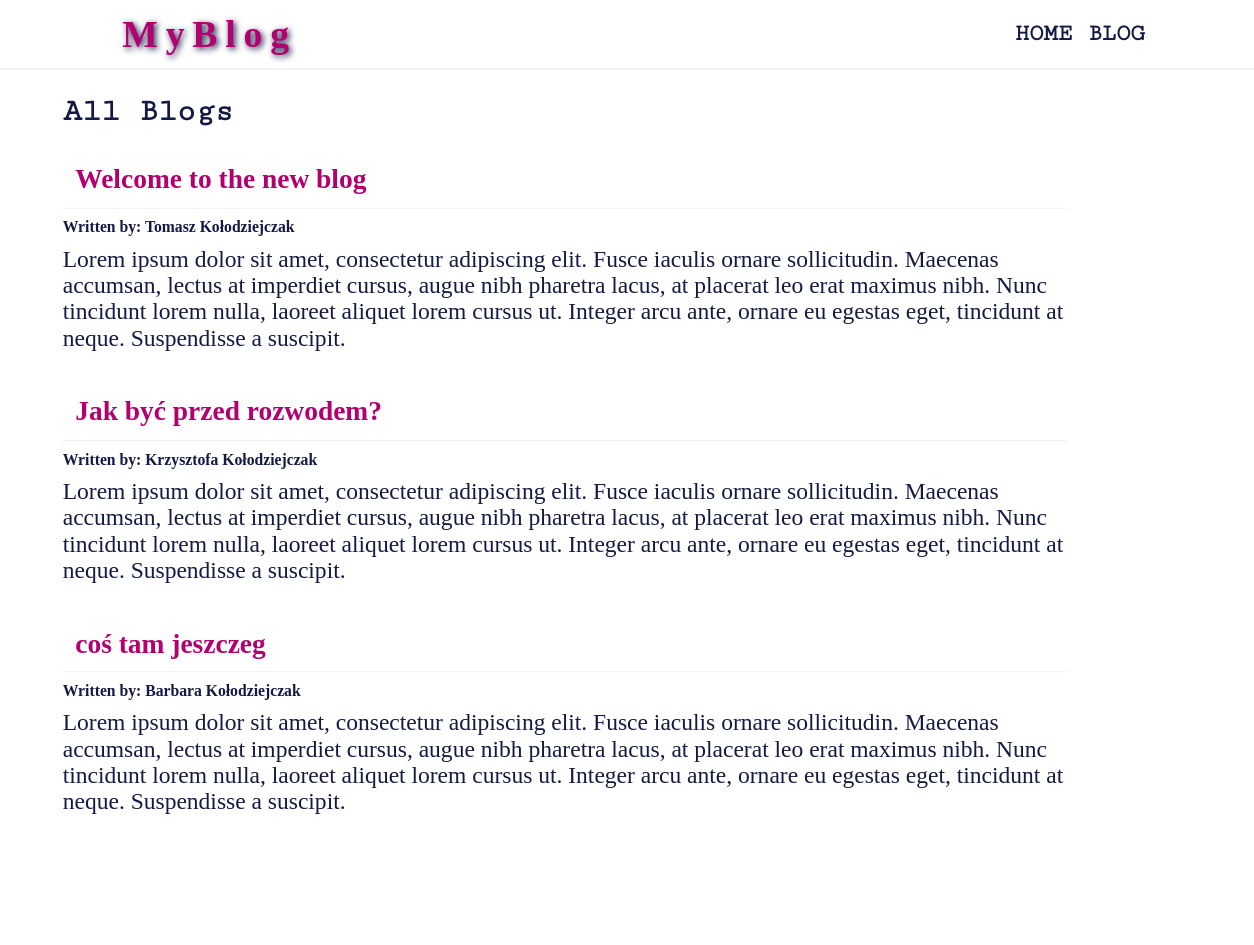
Repository: KrzysKolo/myBlog
Page: /
The author's editor kept a copy of each file at every save. The page is drawn from the files as they stood at one save, then again after the next save.
The browser window is 1280 px wide. The pictures show the whole page, at 98% of full size.
Some web fonts or font styles are not loaded; a fallback is used. The project was rebuilt for these pictures with package versions that can differ from the ones it lists, and the page was loaded fresh each time. Requests to the local data server were answered from the project's data file. Also part of the build but not shown: src/pages/Blog/Blog.css, src/pages/Blog/Blog.js, src/pages/BlogNote/BlogNote.css, src/pages/BlogNote/BlogNote.js.

Above is the page before, as saved 2021-04-27 11:54:14.

After the next save:
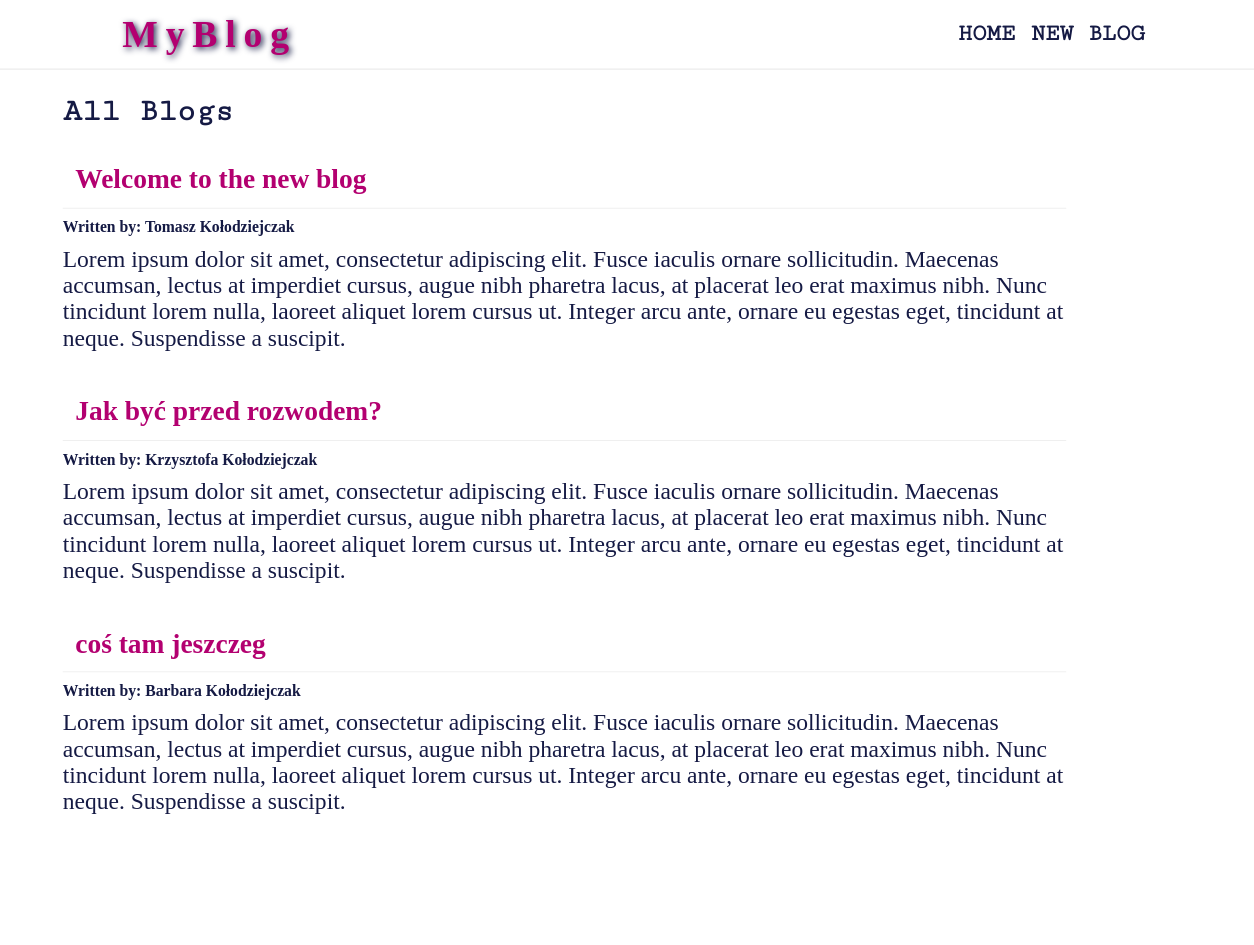
Saved 13 min 59 s later.
--- a/src/components/Navigation/dataMenu.js
+++ b/src/components/Navigation/dataMenu.js
@@ -1,6 +1,6 @@
 const dataMenu=[
     { name: 'Home', path: "/", exact: true },
-    { name: 'Blog', path: "/blog"},
+    { name: 'New Blog', path: "/blog"},
 /*     { name: 'NoteBlog', path: "/contact"},
     { name: 'Posts', path: "/posts" }, */
 ];
